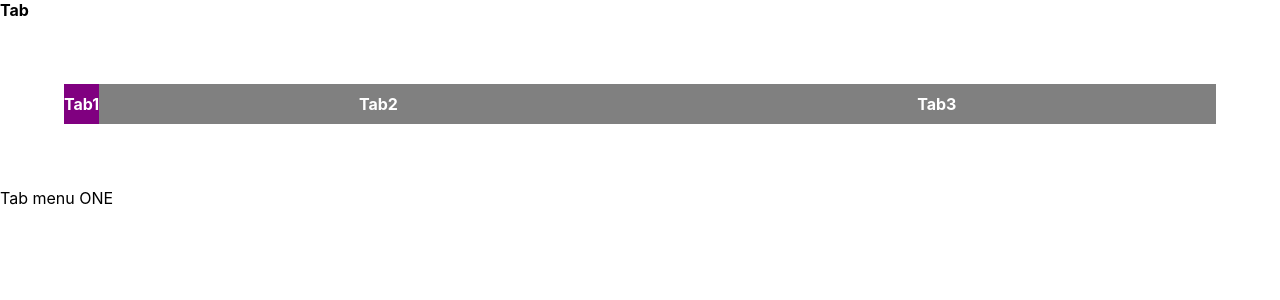
Repository: janghwahyun/wanted_pre_onboarding
Page: /Tab
These files come from the project's save history. The page is drawn as it stood at one moment and after the next save; the edit follows.
The browser window is 1280 px wide. The pictures show the whole page.
The project was rebuilt for these pictures with package versions that can differ from the ones it lists, and the page was loaded fresh each time. Also part of the build but not shown: src/component/ClickToEdit.js, src/component/Modal.js, src/component/Tag.js, src/component/Toggle.js.

Above is the page before, as saved 2022-02-11 15:33:38.

### src/App.js
import ClickToEdit from './component/ClickToEdit';
import Modal from './component/Modal';
import Tab from './component/Tab';
import Tag from './component/Tag';
import Toggle from './component/Toggle';

import './App.css';
import { BrowserRouter, Routes, Route } from 'react-router-dom';

function App() {
  return (
    <BrowserRouter>
      <Routes>
        <Route path="/" element={<App />} />
        <Route path="/ClickToEdit" element={<ClickToEdit />} />
        <Route path="/Modal" element={<Modal />} />
        <Route path="/Tab" element={<Tab />} />
        <Route path="/Tag" element={<Tag />} />
        <Route path="/Toggle" element={<Toggle />} />
      </Routes>
    </BrowserRouter>
  );
}

export default App;

### src/component/Tab.js
import { useState, useRef } from 'react';
import styled from 'styled-components';

const Tab = () => {
  const tapArr = [
    { name: 'Tab1', value: 'Tab menu ONE' },
    { name: 'Tab2', value: 'Tab menu TWO' },
    { name: 'Tab3', value: 'Tab menu THREE' },
  ];
  const [isTab, setIsTab] = useState(0);

  const selectMenuHandler = idx => {
    setIsTab(idx);
  };

  return (
    <>
      <strong>Tab</strong>
      <TabMenu>
        {tapArr.map((data, idx) => {
          return (
            <div key={idx} className={`${idx === isTab ? 'isMenu' : 'stanbyMenu'}`} onClick={() => selectMenuHandler(idx)}>
              {data.name}
            </div>
          );
        })}
      </TabMenu>
      <valueView>
        <p>{tapArr[isTab].value}</p>
      </valueView>
    </>
  );
};

const TabMenu = styled.li`
  background-color: grey;
  color: white;
  font-weight: bold;
  display: flex;
  flex-direction: row;
  justify-items: center;
  align-items: center;
  margin: 4em;
  height: 40px;

  .isMenu {
    display: flex;
    background-color: purple;
    color: white;
    height: 100%;
    align-items: center;
    transition: 1s;
  }

  .stanbyMenu {
    display: flex;
    justify-content: center;
    align-items: center;
    flex-grow: 1;
    cursor: pointer;
  }
`;

const valueView = styled.div`
  color: purple;
  font-weight: bold;
  text-align: center;
`;

export default Tab;

//tab1,2,3클릭시 위치가 조정되는 사건이 생겨서

### src/App.css
* {
  box-sizing: border-box;
}

.App {
  width: 100%;
  height: 100vh;
  display: flex;
  justify-content: center;
  align-items: center;
}

Loaded but not shown: public/index.html (common file); src/index.js (common file); src/index.css (common file); src/reportWebVitals.js (common file)

After the next save:
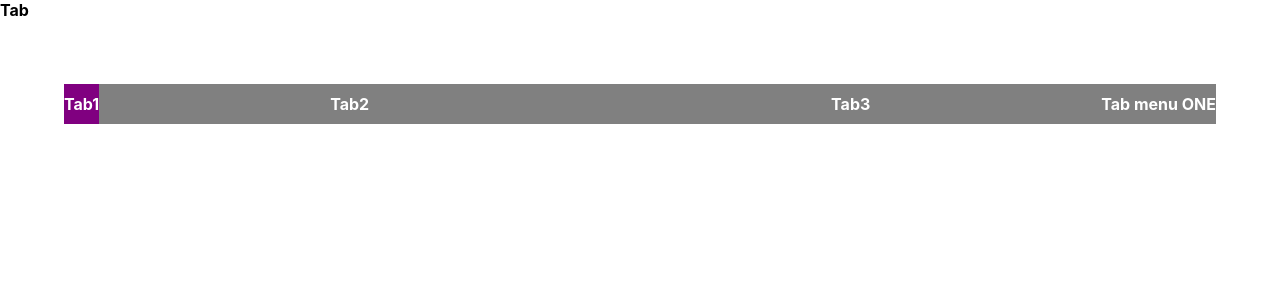
Saved 74 s later.
--- a/src/component/Tab.js
+++ b/src/component/Tab.js
@@ -24,10 +24,11 @@
             </div>
           );
         })}
+
+        <valueView>
+          <p>{tapArr[isTab].value}</p>
+        </valueView>
       </TabMenu>
-      <valueView>
-        <p>{tapArr[isTab].value}</p>
-      </valueView>
     </>
   );
 };

After the save that followed:
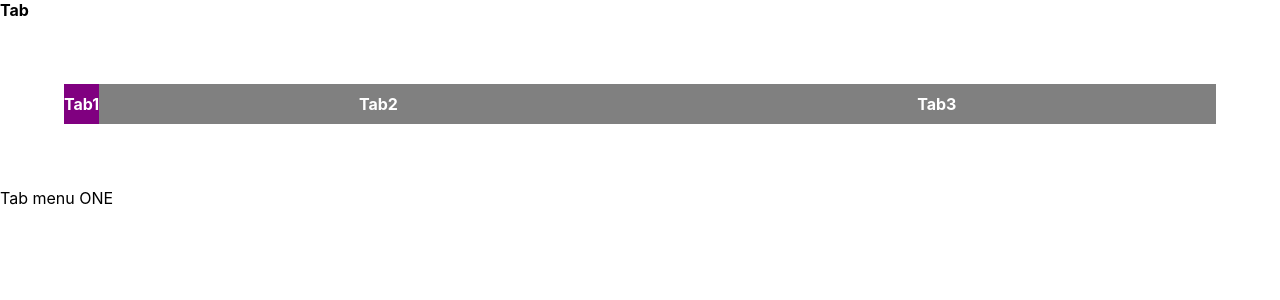
Saved 11 s later.
--- a/src/component/Tab.js
+++ b/src/component/Tab.js
@@ -24,11 +24,10 @@
             </div>
           );
         })}
-
-        <valueView>
-          <p>{tapArr[isTab].value}</p>
-        </valueView>
       </TabMenu>
+      <valueView>
+        <p>{tapArr[isTab].value}</p>
+      </valueView>
     </>
   );
 };
